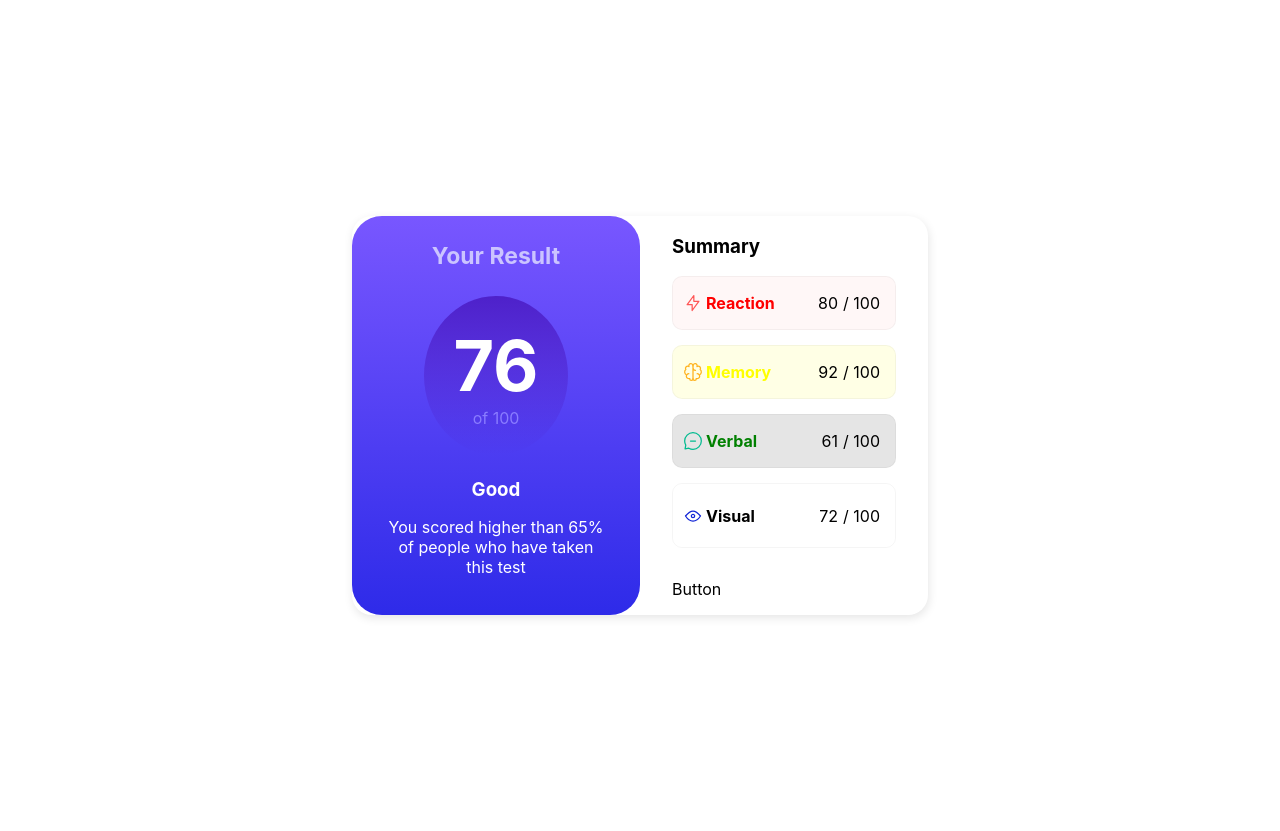
Repository: JeanPaulBassil/Result-Summary-Design
Page: /
The author's editor kept a copy of each file at every save. The page is drawn from the files as they stood at one save, then again after the next save.
The browser window is 1280 px wide. The pictures show the whole page.
The project was rebuilt for these pictures with package versions that can differ from the ones it lists, and the page was loaded fresh each time.

Above is the page before, as saved 2023-02-24 18:05:56.

### src/index.css
body {
  margin: 0;
  font-family: -apple-system, BlinkMacSystemFont, 'Segoe UI', 'Roboto', 'Oxygen',
    'Ubuntu', 'Cantarell', 'Fira Sans', 'Droid Sans', 'Helvetica Neue',
    sans-serif;
  -webkit-font-smoothing: antialiased;
  -moz-osx-font-smoothing: grayscale;
}

code {
  font-family: source-code-pro, Menlo, Monaco, Consolas, 'Courier New',
    monospace;
}

.app{
  width: 45vw;
  height: 50vh;
  box-shadow: 1px 3px 10px rgba(0, 0, 0, .1);
  border-radius: 20px;
  display: block;
  margin: 30vh auto;
  display: grid;
  grid-template-columns: 1fr 1fr;
  height: auto;
}

### src/App.js
import Result from "./Components/Result/Result"
import Summary from "./Components/Summary/Summary"

export default function App() {
    return (
        <div className="app">
            <Result />
            <Summary />
        </div>
    )
};

### src/Components/Result/Result.js
import Description from "../Description/Description";
import Grade from "../Grade/Grade";
import data from "../../data.json";
import "./Result.css"

export default function Result() {
    const score = Math.floor(data.reduce((totalGrade, category) => totalGrade + category.score , 0) / data.length)

    return (
        <div className="result">
            <h3>Your Result</h3>
            <Grade score={score}/>
            <Description score={score}/>
        </div>
    )
};

### src/Components/Summary/Summary.js
import data from "../../data.json"
import './Summary.css'

export default function Summary() {
    const summary = data.map(part => {
        return (
            <div className={`part ${part.color}`}>
                <div>
                    <img className="icon" src={part.icon} alt={part.category}/>
                    <h4>{part.category}</h4>
                </div>
                <div className="secGrade">
                    <p>{part.score}</p>
                    <p>/ 100</p>
                </div>
            </div>
        )
    })

    return (
        <div className="summary">
            <h3>Summary</h3>
            <div>
                {summary}
            </div>
            <p>Button</p>
        </div>
    )
};

### src/Components/Description/Description.js
import "./Description.css"

export default function Description({score}) {
    const performance = _ => {
        if (score >= 90) return ['Excellent', `You scored higher than 85% of people who have taken this test`]
        else if (score >= 80) return ['Great', `You scored higher than 75% of people who have taken this test`]
        else if (score >= 70) return ['Good', `You scored higher than 65% of people who have taken this test`]
        else if (score >= 60) return ['Not enough', `You're above nearly half the people who have taken this test`]
        else return ['Fail', `Most people who have taken this test passed over you`]
    }

    return (
        <div className="description">
            <h3>{performance()[0]}</h3>
            <p>{performance()[1]}</p>
        </div>
    )
};

### src/Components/Grade/Grade.js
import "./Grade.css"

export default function Grade({score}) {
    return (
        <div className="grade">
            <h1>{score}</h1>
            <p>of 100</p>
        </div>
    )
};

### src/data.json


[
  {
    "category": "Reaction",
    "score": 80,
    "icon": "./assets/images/icon-reaction.svg",
    "color": "red"
  },
  {
    "category": "Memory",
    "score": 92,
    "icon": "./assets/images/icon-memory.svg",
    "color": "yellow"
  },
  {
    "category": "Verbal",
    "score": 61,
    "icon": "./assets/images/icon-verbal.svg",
    "color": "green"
  },
  {
    "category": "Visual",
    "score": 72,
    "icon": "./assets/images/icon-visual.svg",
    "color": "blue"
  }
]

### src/Components/Result/Result.css
.result {
    display: grid;
    grid-template-rows: 1fr 2fr 2fr;
    align-items: center;
    justify-items: center;
    height: 100%;
    width: 100%;
    background-image: linear-gradient(to bottom,hsl(252, 100%, 67%), hsl(241, 81%, 54%));
    border-radius: 30px;
    color: white;
}

.result > h3 {
    font-size: 23px;
    color: #cbc4ff;
}

### src/Components/Summary/Summary.css
.part {
    display: flex;
    justify-content: space-between;
    border: 1px solid rgba(0, 0, 0, .04);
    margin-bottom: 15px;
    border-radius: 10px;
    padding: 0 10px;
}

.icon {
    margin-right: 3px
}

.summary {
    padding: 0 2rem;
    display: flex;
    flex-direction: column;
    justify-content: center;
}

.summary > h3 {
    align-self: flex-start;
}

.part > div {
    display: flex;
    align-items: center;
    justify-content: center;
}

.secGrade > p {
    /* display: inline; */
    margin-right: 5px;
}

.red {
    background-color: rgba(255, 0, 0, 0.03);
}

.red > div > h4 {
    margin: 0;
    color: red;
}

.yellow {
    background-color: rgba(255, 255, 0, 0.1);
}

.yellow > div > h4 {
    margin: 0;
    color: yellow;
}

.green {
    background-color: rgba(0, 0, 0, 0.1);
}

.green > div > h4 {
    margin: 0;
    color: green;
}

### src/Components/Description/Description.css
.description {
    display: flex;
    flex-direction: column;
    align-items: center;
    justify-content: center;
}

.description > p{
    inline-size: 220px;
    text-align: center;
}

.description > h3 {
    margin: 0;
}

### src/Components/Grade/Grade.css
.grade {
    display: flex;
    flex-direction: column;
    justify-content: center;
    align-items: center;
    background-image: linear-gradient(to bottom, hsla(256, 72%, 46%, 1), hsla(241, 72%, 46%, 0));
    border-radius: 50%;
    inline-size: 50%;
    block-size: 100%;
}

.grade > h1 {
    margin: 0;
    font-size: 70px;
}

.grade > p {
    margin: 0;
    color: #8a7cff;
}

Loaded but not shown: public/index.html (common file); src/index.js (common file)

After the next save:
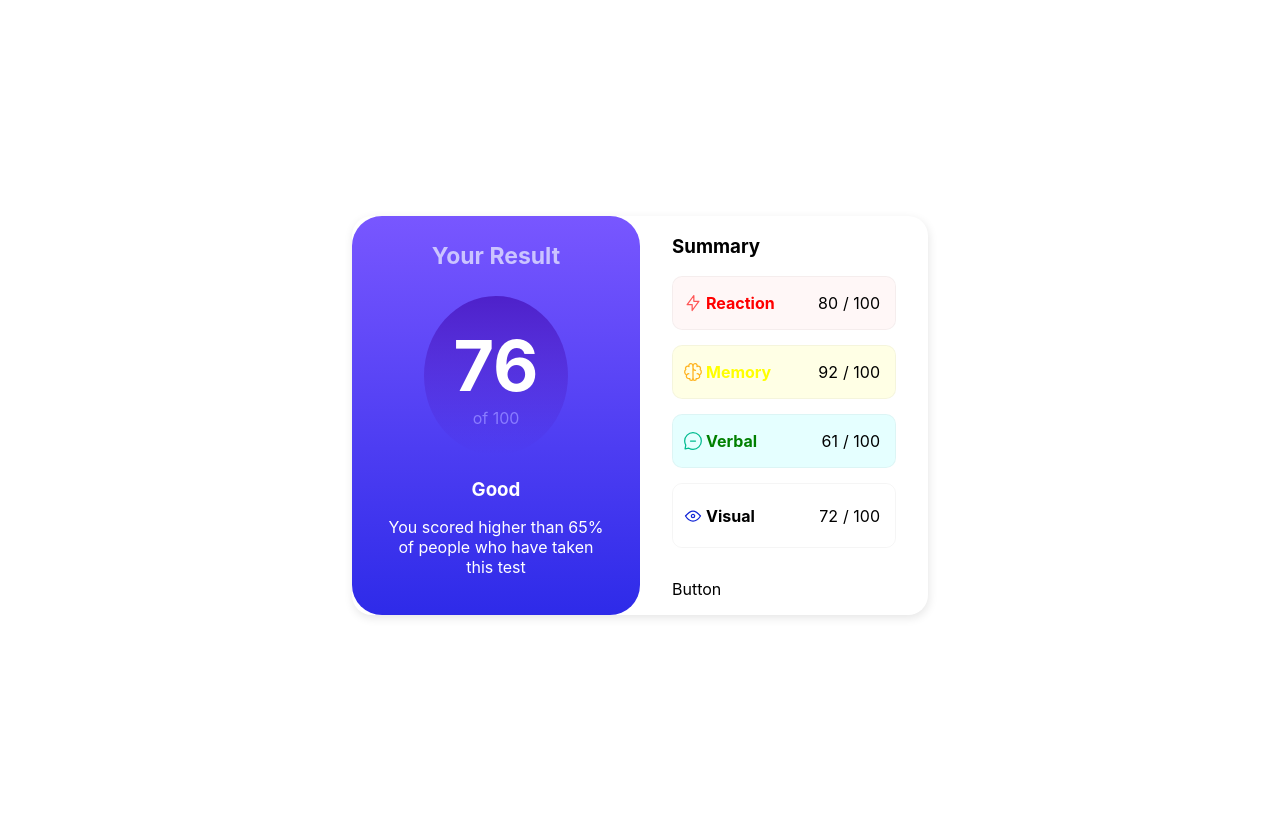
Saved 33 s later.
--- a/src/Components/Summary/Summary.css
+++ b/src/Components/Summary/Summary.css
@@ -52,7 +52,7 @@
 }
 
 .green {
-    background-color: rgba(0, 0, 0, 0.1);
+    background-color: rgba(0, 255, 255, 0.1);
 }
 
 .green > div > h4 {
